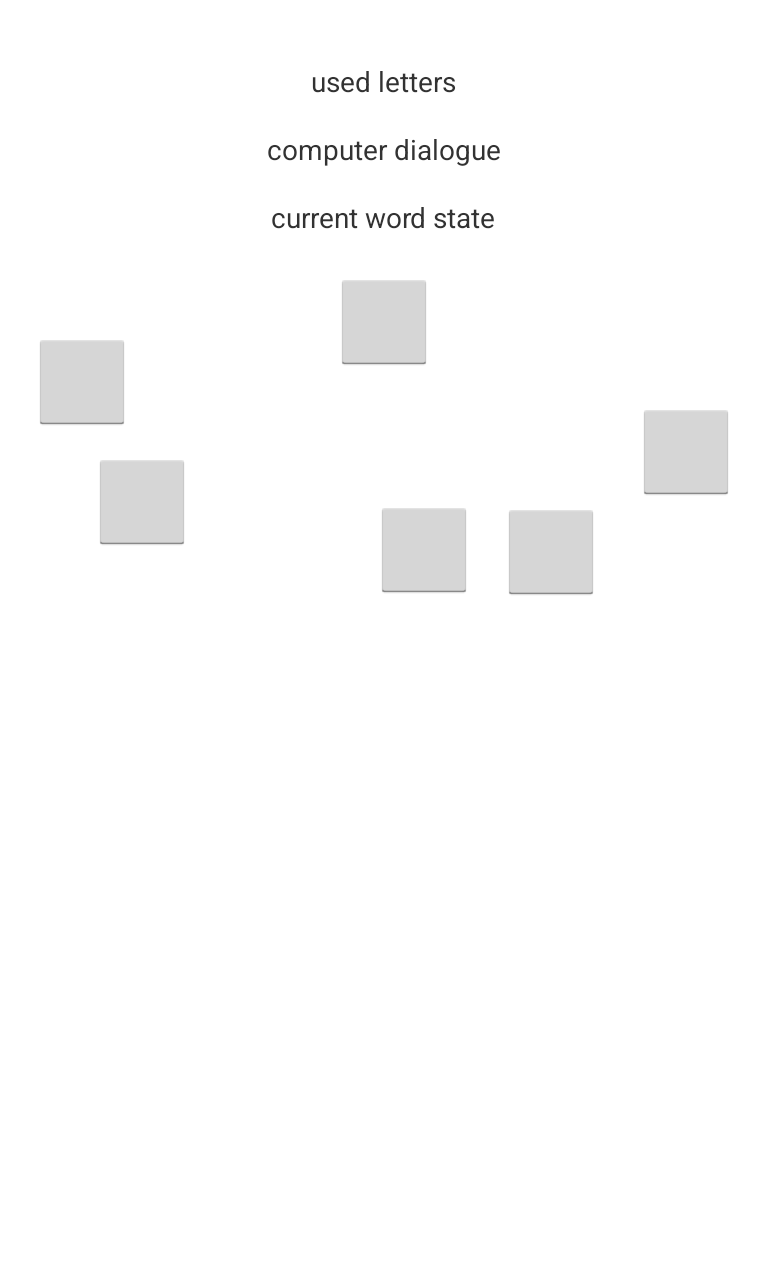
Repository: svandenhout/EvilSpaceMonsterHangman
Layout: evilSpaceMonsterHangman/res/layout/activity_main.xml
The author's editor kept a copy of each file at every save. The layout is drawn from the files as they stood at one save, then again after the next save.
It is drawn on a 768 x 1280 px phone screen (xhdpi) without system bars, with theme AppTheme; the app's code is not run.

Above is the layout before, as saved 2013-12-16 13:21:04.

### evilSpaceMonsterHangman/res/layout/activity_main.xml
<RelativeLayout xmlns:android="http://schemas.android.com/apk/res/android"
              xmlns:tools="http://schemas.android.com/tools"
              android:layout_width="match_parent"
              android:layout_height="match_parent"
              android:paddingLeft="@dimen/activity_horizontal_margin"
              android:paddingRight="@dimen/activity_horizontal_margin"
              android:paddingTop="@dimen/activity_vertical_margin"
              android:paddingBottom="@dimen/activity_vertical_margin"
              tools:context=".MainActivity"
              android:orientation="vertical">

    <TextView
            android:id="@+id/usedLetters"
            android:layout_width="wrap_content"
            android:layout_height="wrap_content"
            android:text="@string/used_letters"
            android:layout_centerHorizontal="true"
            android:layout_marginTop="15dp"/>

    <TextView
            android:id="@+id/computerDialogue"
            android:layout_width="wrap_content"
            android:layout_height="wrap_content"
            android:layout_centerHorizontal="true"
            android:text="@string/computer_dialogue"
            android:layout_below="@+id/usedLetters"
            android:layout_marginTop="15dp"/>

    <TextView
            android:id="@+id/currentWordState"
            android:layout_width="wrap_content"
            android:layout_height="wrap_content"
            android:layout_below="@id/computerDialogue"
            android:text="@string/current_word_state"
            android:layout_centerHorizontal="true"
            android:layout_marginTop="15dp"/>

    <Button
        android:id="@+id/eye_6"
        android:layout_width="50dp"
        android:layout_height="50dp"
        android:layout_alignParentLeft="false"
        android:layout_marginTop="150dp"
        android:onClick="eyePress" />

    <Button
        android:id="@+id/eye_4"
        android:layout_width="50dp"
        android:layout_height="50dp"
        android:layout_alignLeft="@+id/eye_3"
        android:layout_alignTop="@+id/eye_5"
        android:layout_marginTop="24dp"
        android:layout_marginLeft="20dp"
        android:onClick="eyePress" />

    <Button
        android:id="@+id/eye_2"
        android:layout_width="50dp"
        android:layout_height="50dp"
        android:layout_above="@+id/eye_1"
        android:layout_alignParentRight="true"
        android:onClick="eyePress" />

    <Button
        android:id="@+id/eye_1"
        android:layout_width="50dp"
        android:layout_height="50dp"
        android:layout_alignBaseline="@+id/eye_4"
        android:layout_alignBottom="@+id/eye_4"
        android:layout_toRightOf="@+id/computerDialogue"
        android:onClick="eyePress" />

    <Button
        android:id="@+id/eye_5"
        android:layout_width="50dp"
        android:layout_height="50dp"
        android:layout_alignLeft="@+id/eye_6"
        android:layout_below="@+id/eye_6"
        android:layout_marginLeft="30dp"
        android:layout_marginTop="10dp"
        android:onClick="eyePress" />

    <Button
        android:id="@+id/eye_3"
        android:layout_width="50dp"
        android:layout_height="50dp"
        android:layout_centerHorizontal="true"
        android:layout_marginTop="120dp"
        android:onClick="eyePress" />

</RelativeLayout>

### evilSpaceMonsterHangman/res/values/strings.xml
<?xml version="1.0" encoding="utf-8"?>
<resources>

    <string name="app_name" >Hangman
    </string>

    <!-- settings & preferences -->
    <string name="hi_scores" >hi-scores
    </string>
    <string name="settings" >settings
    </string>
    <string name="reset" >reset game
    </string>

    <string name="title_user_name" >user name
    </string>
    <string name="title_word_length">word length
    </string>
    <string name="title_amount_of_turns">amount of turns
    </string>
    <string name="title_evil_mode">Evil Mode
    </string>

    <string name="summary_user_name">set your user name here
    </string>
    <string name="summary_word_length">set the length of the words that you want to use
    </string>
    <string name="summary_amount_of_turns">set the amount of turns until you lose
    </string>
    <string name="summary_evil_mode">Start playing Evil Mode, You will not win
    </string>

    <string name="dialog_user_name" >user name:
    </string>
    <string name="dialog_word_length">word length:
    </string>
    <string name="dialog_amount_of_turns">amount of turns:
    </string>
    <string name="dialog_evil_mode">Evil Mode?
    </string>


    <!-- game ui -->
    <string name="current_word" >current word
    </string>
    <string name="current_word_state" >current word state
    </string>
    <string name="used_letters" >used letters
    </string>
    <string name="computer_dialogue">computer dialogue</string>
    <string name="button_text">a</string>

    <!-- game states -->
    <string name="game_won">game won
    </string>
    <string name="game_lost">game lost
    </string>

    <!-- computer monologue -->
    <string name="cmonologue_start">Pick a letter to start playing</string>
    <string name="cmonologue_used">This letter has already been used, try again</string>
    <string name="cmonologue_invalid">WHAT THE HELL IS THAT!?, try another one</string>
    <string name="cmonologue_wrong">Wrong guess, pick again</string>
    <string name="cmonologue_correct">Lucky, why don\'t you try again?</string>
    <string name="cmonologue_won">:((</string>
    <string name="cmonologue_lost">:-)</string>
</resources>

Loaded but not shown: evilSpaceMonsterHangman/res/values/styles.xml (common file); evilSpaceMonsterHangman/res/values-v11/styles.xml (common file); evilSpaceMonsterHangman/res/values-v14/styles.xml (common file); evilSpaceMonsterHangman/res/values/dimens.xml (common file)

After the next save:
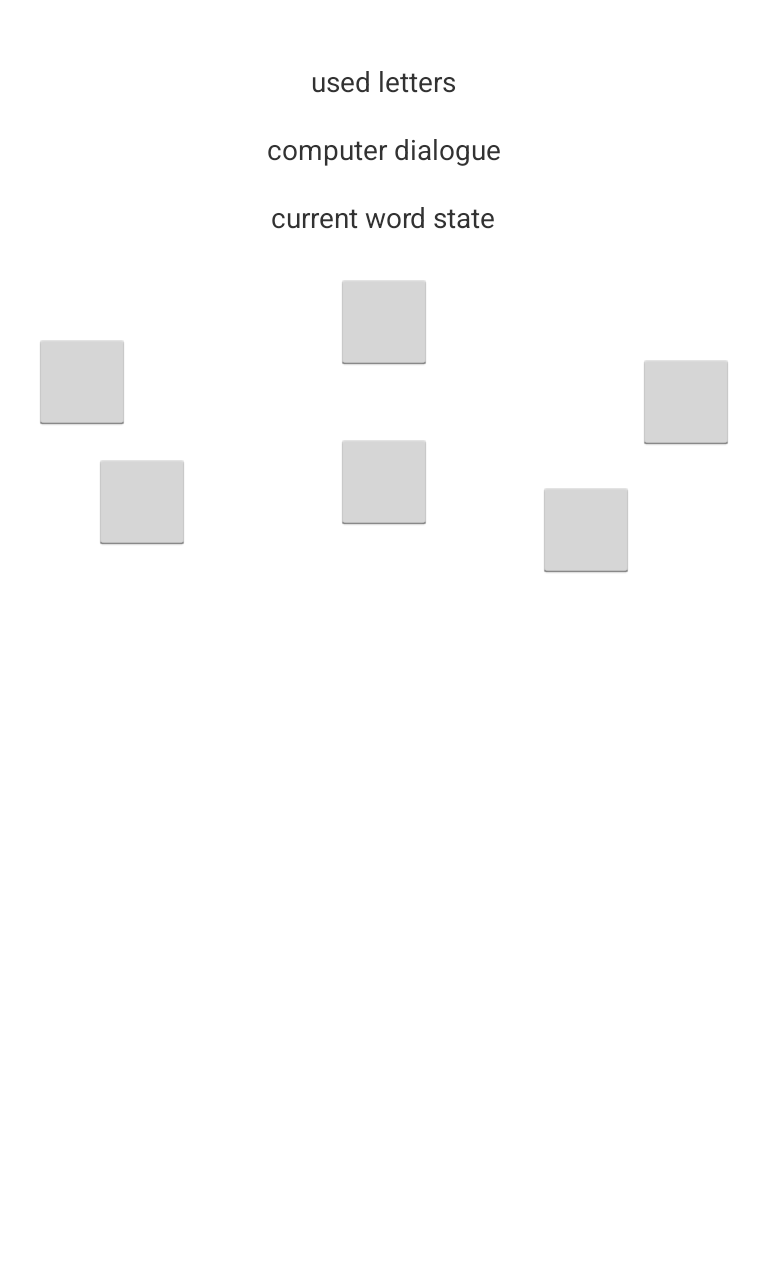
Saved 39 s later.
--- a/evilSpaceMonsterHangman/res/layout/activity_main.xml
+++ b/evilSpaceMonsterHangman/res/layout/activity_main.xml
@@ -44,30 +44,11 @@
         android:onClick="eyePress" />
 
     <Button
-        android:id="@+id/eye_4"
-        android:layout_width="50dp"
-        android:layout_height="50dp"
-        android:layout_alignLeft="@+id/eye_3"
-        android:layout_alignTop="@+id/eye_5"
-        android:layout_marginTop="24dp"
-        android:layout_marginLeft="20dp"
-        android:onClick="eyePress" />
-
-    <Button
         android:id="@+id/eye_2"
         android:layout_width="50dp"
         android:layout_height="50dp"
         android:layout_above="@+id/eye_1"
         android:layout_alignParentRight="true"
-        android:onClick="eyePress" />
-
-    <Button
-        android:id="@+id/eye_1"
-        android:layout_width="50dp"
-        android:layout_height="50dp"
-        android:layout_alignBaseline="@+id/eye_4"
-        android:layout_alignBottom="@+id/eye_4"
-        android:layout_toRightOf="@+id/computerDialogue"
         android:onClick="eyePress" />
 
     <Button
@@ -88,4 +69,21 @@
         android:layout_marginTop="120dp"
         android:onClick="eyePress" />
 
+    <Button
+        android:id="@+id/eye_4"
+        android:layout_width="50dp"
+        android:layout_height="50dp"
+        android:layout_alignLeft="@+id/eye_3"
+        android:layout_below="@+id/eye_6"
+        android:onClick="eyePress" />
+
+    <Button
+        android:id="@+id/eye_1"
+        android:layout_width="50dp"
+        android:layout_height="50dp"
+        android:layout_alignTop="@+id/eye_5"
+        android:layout_marginTop="14dp"
+        android:layout_toLeftOf="@+id/eye_2"
+        android:onClick="eyePress" />
+
 </RelativeLayout>
